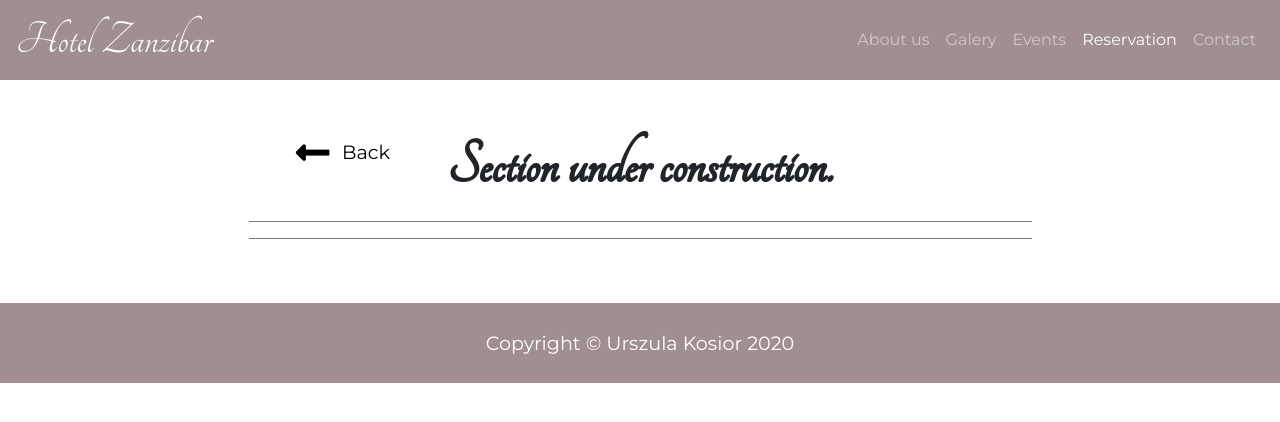
Repository: Ulaa93/Hotel-Zanzibar
Page: reservation.html
The author's editor kept a copy of each file at every save. The page is drawn from the files as they stood at one save, then again after a run of saves.
The browser window is 1280 px wide. The pictures show the whole page.

Above is the page before, as saved 2020-01-28 15:53:33.

### reservation.html
<!DOCTYPE html>
<html lang="en">
  <head>
    <meta charset="UTF-8" />
    <meta name="viewport" content="width=device-width, initial-scale=1.0" />
    <meta http-equiv="X-UA-Compatible" content="ie=edge" />
    <title>Hotel Zanzibar</title>
    <link rel="icon" href="./ikona.ico" />

    <link
      href="https://fonts.googleapis.com/css?family=Montserrat|Tangerine&display=swap"
      rel="stylesheet"
    />
    <link href="./fontawesome-free-5.12.0-web/css/all.css" rel="stylesheet"> <!--load all styles -->

    <link
      rel="stylesheet"
      href="https://stackpath.bootstrapcdn.com/bootstrap/4.4.1/css/bootstrap.min.css"
      integrity="sha384-Vkoo8x4CGsO3+Hhxv8T/Q5PaXtkKtu6ug5TOeNV6gBiFeWPGFN9MuhOf23Q9Ifjh"
      crossorigin="anonymous"
    />
    <link rel="stylesheet" href="style.css" />
    <script src="https://unpkg.com/scrollreveal"></script>

  </head>
  <body>
    <nav class="navbar sticky-top navbar-expand-lg navbar-dark">
      <a class="navbar-brand hotel-zanzibar" href="./index.html">Hotel Zanzibar</a>
      <button
        class="navbar-toggler"
        type="button"
        data-toggle="collapse"
        data-target="#navbarNavDropdown"
        aria-controls="navbarNavDropdown"
        aria-expanded="false"
        aria-label="Toggle navigation"
      >
        <span class="navbar-toggler-icon"></span>
      </button>
      <div
        class="collapse navbar-collapse w-100 order-3 dual-collapse2"
        id="navbarNavDropdown"
      >
        <ul class="navbar-nav ml-auto">
          <li class="nav-item ">
            <a class="nav-link" href="./about-us.html">About us </a>
          </li>
          <li class="nav-item">
            <a class="nav-link" href="./galery.html">Galery</a>
          </li>
          <li class="nav-item">
            <a class="nav-link" href="./events.html">Events</a>
          </li>
          <li class="nav-item active">
            <a class="nav-link" href="./reservation.html">Reservation</a>
          </li>
          <li class="nav-item">
            <a class="nav-link" href="./contact.html">Contact</a>
          </li>
        </ul>
      </div>
    </nav>


<div class="back">
  <a href="./index.html"><i class="fas fa-long-arrow-alt-left"></i> Back</a>
 </div>
    <section class="reservation container p-5">
      <h2>Section under construction.</h2>
      <hr>
      <hr>

      <h3></h3>
    </section>

    <footer>
      <div>Copyright &copy; Urszula Kosior 2020</div>
    </footer>

    <script
      src="https://code.jquery.com/jquery-3.4.1.slim.min.js"
      integrity="sha384-J6qa4849blE2+poT4WnyKhv5vZF5SrPo0iEjwBvKU7imGFAV0wwj1yYfoRSJoZ+n"
      crossorigin="anonymous"
    ></script>
    <script
      src="https://cdn.jsdelivr.net/npm/popper.js@1.16.0/dist/umd/popper.min.js"
      integrity="sha384-Q6E9RHvbIyZFJoft+2mJbHaEWldlvI9IOYy5n3zV9zzTtmI3UksdQRVvoxMfooAo"
      crossorigin="anonymous"
    ></script>
    <script
      src="https://stackpath.bootstrapcdn.com/bootstrap/4.4.1/js/bootstrap.min.js"
      integrity="sha384-wfSDF2E50Y2D1uUdj0O3uMBJnjuUD4Ih7YwaYd1iqfktj0Uod8GCExl3Og8ifwB6"
      crossorigin="anonymous"
    ></script>
    <script src="./script.js"></script>

  </body>
</html>

### style.css
* {
  padding: 0;
  margin: 0;
  font-family: 'Montserrat', sans-serif;
}

.navbar {
  height: 80px;
  background-color: rgba(124, 98, 98, 0.712);
}
/* .navbar a{
    color:black;
} */
.hotel-zanzibar {
  font-size: 3em;
  font-family: 'Tangerine', cursive;
}

.hotel-main {
  background-image: url(./img/rooms/hotel-room-1447201_1920.jpg);
  width: 100%;
  height: 80vh;
  background-size: cover;
  background-position: center;
  display: flex;
  flex-direction: column;
  /* justify-content: center; */
  /* align-items: flex-start; */
  padding: 200px 0;
  /* color: white; */
  /* line-height: 400%; */
  margin-bottom: 48px;
}

.welcome {
  background-color: rgba(255, 255, 255, 0.555);
  padding: 3em;
  text-align: center;
}
.welcome span {
  font-size: 3em;
  font-family: 'Tangerine', cursive;
}
.welcome h1 {
  font-size: 5em;
  font-family: 'Tangerine', cursive;
  font-weight: 600;
}

h2 {
  text-align: center;
  font-size: 4em;
  font-weight: 600;
  font-family: 'Tangerine', cursive;
}
section p {
  font-size: 1.2em;
  line-height: 2em;
}

section p::first-letter {
  font-size:4em;
  font-weight: 600;
  font-family: 'Tangerine', cursive;
}

hr {
margin:16px auto;
 width: 75%;
 background-color:gray;

}
/* .galery .carousel-inner {
  /* background-size: contain; */
  /* height: 55vh; */
  /* min-height: 400px; */
  /* overflow: hidden; */
  /* background-position: center; */


  .back i{
    font-size: 2em;
    margin: 0 0.2em;
    vertical-align: middle;

}
.back{
    font-size: 1.2em;
    vertical-align: middle;
position: absolute;
top:7em;
left:15em;
}
.back a{
    color: black;
    text-decoration: none;
}

footer{
 text-align: center;
 color: white;
  background-color: rgba(124, 98, 98, 0.712);
height: 80px;
line-height: 80px;
font-size: 1.2em;;
}


.contact .row{
  align-items: center;
}
.contact i{
  margin-right: 1em;
  animation: shake 1s;
  animation-iteration-count: infinite;
}


.contact-info{
  height: 340px;
  display: flex;
  flex-direction: column;
  justify-items: center;
  align-items: center;
}
.contact-info div{
  transition: 0.5s;

}
.contact-info div:hover{
transform: scale(1.1);
}

@keyframes shake {
  0% { transform:  scale(1); }
  50% { transform:  scale(1.5); }
  100% { transform:  scale(1); }
}

### script.js

const nodeArray = [
    document.querySelector('.hotel-main'),
    document.querySelector('.hotel-about'),
    document.querySelector('.galery'),
    document.querySelector('.contact')
];

ScrollReveal().reveal(nodeArray, {
  delay: 275,
  duration: 1000,
  rotate: { x: 10, y: 50, z: 0 },
  reset: true
});

Loaded but not shown: fontawesome-free-5.12.0-web/css/all.css (library)

After the next 3 saves:
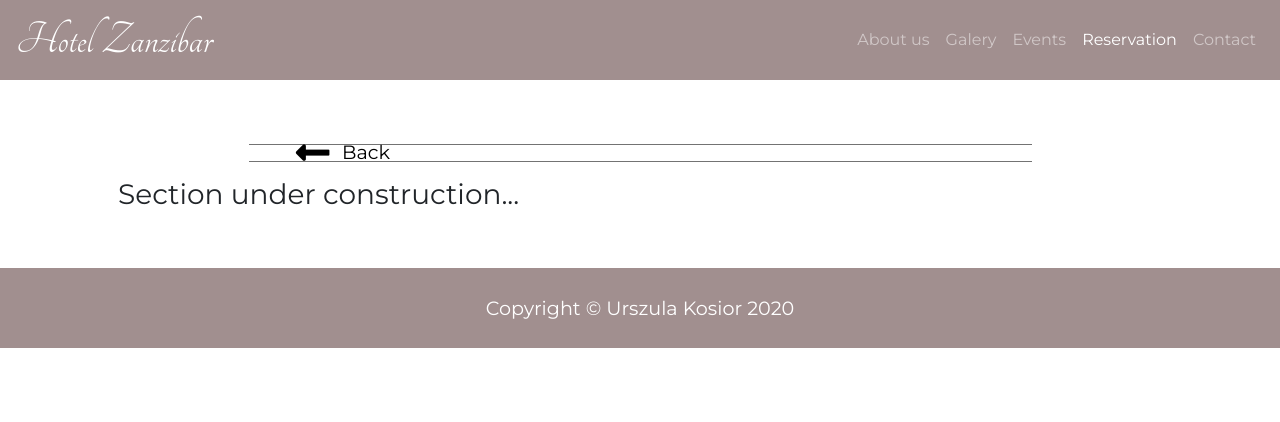
The 3 saves are shown as one change because they came seconds apart.
The last was saved 8 s later.
--- a/reservation.html
+++ b/reservation.html
@@ -66,11 +66,11 @@
   <a href="./index.html"><i class="fas fa-long-arrow-alt-left"></i> Back</a>
  </div>
     <section class="reservation container p-5">
-      <h2>Section under construction.</h2>
+      <h2></h2>
       <hr>
       <hr>
 
-      <h3></h3>
+      <h3>Section under construction...</h3>
     </section>
 
     <footer>
